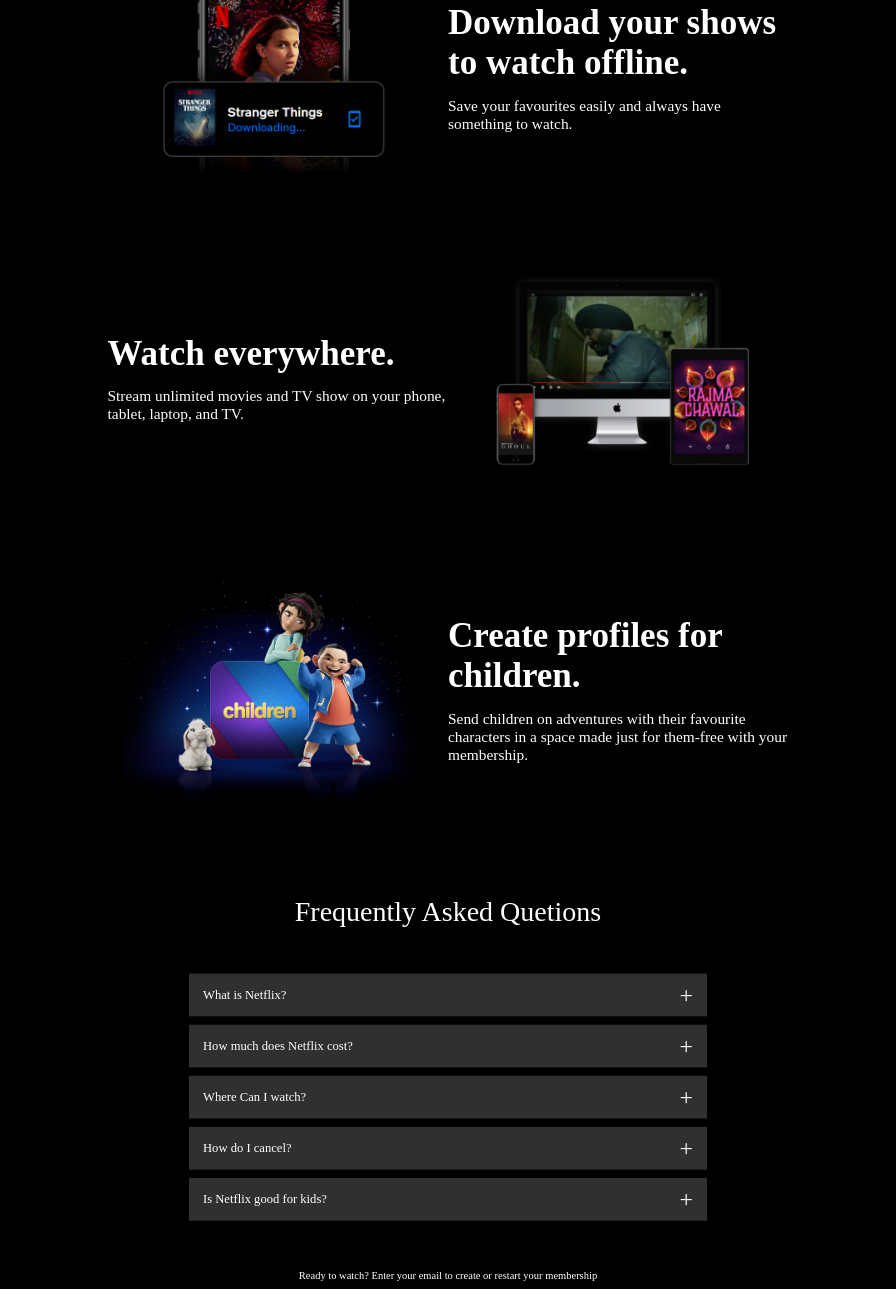
Repository: kiranjeetkaur01/netflixclone.github.io
Page: index.html
The author's editor kept a copy of each file at every save. The page is drawn from the files as they stood at one save, then again after the next save.
The browser window is 1280 px wide. The pictures show the part of the page from y = 1337 to 3257 px (the page is 3179 px tall before and 3257 px after), at 70% of full size.

Above is the page before, as saved 2023-09-11 18:35:11.

### index.html
<!DOCTYPE html>
<html lang="en">
<head>
    <meta charset="UTF-8">
    <meta name="viewport" content="width=device-width, initial-scale=1.0">
    <title>Netflix Clone</title>
    <link rel="stylesheet" href="style.css">
</head>
<body>
   <div class="header">
<nav>
    <img src="./logo.png" alt="" class="logo">
    <div>
        <button class="language-btn">English <img src="./down-icon.png" alt=""></button>
        <button>Sign In</button>
    </div>
</nav>
<div class="header-content">
    <h1>Laughter. &nbsp;Tears.&nbsp; Thrills.&nbsp; Find it all on <br>Netflix.</h1>
    <h3>Watch anywhere. Cancel anytime.</h3>
    <p>Ready to watch? Enter your email to create or restart your membership.</p>
    <form class="email-signup">
        <input type="email" placeholder="Email address" required>
        <button type="submit">Get Started</button>
    </form>

</div>
   </div>
   <div class="features">
    <div class="row">
        <div class="text-col">
            <h2>Enjoy on your TV</h2>
            <P>Watch on smart TVs,PlayStation,Xbox,Chromecast,Apple TV,blu-ray players and more.</P>
        </div>
        <div class="img-col">
            <img src="./feature-1.png" alt="">
        </div>
    </div>
    <div class="row">
        <div class="img-col">
            <img src="./feature-2.png" alt="">
        </div>
        <div class="text-col">
            <h2>Download your shows to watch offline.</h2>
            <P>Save your favourites easily and always have something to watch.</P>
        </div>

    </div>
    <div class="row">
        <div class="text-col">
            <h2>Watch everywhere.</h2>
            <P>Stream unlimited movies and TV show on your phone, tablet, laptop, and TV.</P>
        </div>
        <div class="img-col">
            <img src="./feature-3.png" alt="">
        </div>
    </div>
    <div class="row">
        <div class="img-col">
            <img src="./feature-4.png" alt="">
        </div>
        <div class="text-col">
            <h2>Create profiles for children.</h2>
            <P>Send children on adventures with their favourite characters in a space made just for them-free with your membership.</P>
        </div>

    </div>
   </div>
   <div class="faq">
    <h2>Frequently Asked Quetions</h2>
    <ul class="accordion">
<li>
    <input type="radio" name="accordion" id="first">
    <label for="first">What is Netflix?</label>
    <div class="content">
        <p>Lorem ipsum dolor sit amet consectetur adipisicing elit. Asperiores a fuga, fugiat doloribus maiores earum porro rerum consequuntur eos dolores sint praesentium, facilis laudantium quos? Sit magni accusantium delectus minus in odit perferendis provident porro?</p>
    </div>
</li>
<li>
    <input type="radio" name="accordion" id="second">
    <label for="second">How much does Netflix cost?</label>
    <div class="content">
        <p>Lorem ipsum dolor sit amet consectetur adipisicing elit. Asperiores a fuga, fugiat doloribus maiores earum porro rerum consequuntur eos dolores sint praesentium, facilis laudantium quos? Sit magni accusantium delectus minus in odit perferendis provident porro?</p>
    </div>
</li>
<li>
    <input type="radio" name="accordion" id="third">
    <label for="third">Where Can I watch?</label>
    <div class="content">
        <p>Lorem ipsum dolor sit amet consectetur adipisicing elit. Asperiores a fuga, fugiat doloribus maiores earum porro rerum consequuntur eos dolores sint praesentium, facilis laudantium quos? Sit magni accusantium delectus minus in odit perferendis provident porro?</p>
    </div>
</li>
<li>
    <input type="radio" name="accordion" id="fourth">
    <label for="fourth">How do I cancel?</label>
    <div class="content">
        <p>Lorem ipsum dolor sit amet consectetur adipisicing elit. Asperiores a fuga, fugiat doloribus maiores earum porro rerum consequuntur eos dolores sint praesentium, facilis laudantium quos? Sit magni accusantium delectus minus in odit perferendis provident porro?</p>
    </div>
</li>
<li>
    <input type="radio" name="accordion" id="sixth">
    <label for="sixth">Is Netflix good for kids?</label>
    <div class="content">
        <p>Lorem ipsum dolor sit amet consectetur adipisicing elit. Asperiores a fuga, fugiat doloribus maiores earum porro rerum consequuntur eos dolores sint praesentium, facilis laudantium quos? Sit magni accusantium delectus minus in odit perferendis provident porro?</p>
    </div>
</li>
</ul>
<small>Ready to watch? Enter your email to create or restart your membership</small>

   </div>
</body>
</html>

### style.css
*{
    margin: 0;
    padding: 0;
    box-sizing: border-box;
    font-family: gilroy;
}
html,body{
    height: 100%;
    width: 100%;
}
body{
    background: #000;
    color: #fff;
}
.header{
    width: 100%;
    height: 100vh;
    background-image: linear-gradient(rgba(0,0,0,0.7),rgba(0,0,0,0.7)),url(./bg.jpg);
    background-size: cover;
    background-position: center;
    padding: 10px 8%;
    position: relative;
}
nav{
    display: flex;
    align-items: center;
    justify-content: space-between;
    padding: 10px 0;
}
.logo{
    width: 140px;
    cursor: pointer;
}
nav button{
    border: 0;
    outline: 0;
    background: #db0001;
    color: #fff;
    padding: 7px 20px;
    font-size: 12px;
    border-radius: 4px;
    margin-left: 10px;
    cursor: pointer;
}
.language-btn{
    display: inline-flex;
    align-items: center;
    background: transparent;
    border: 1px solid #fff;
    padding: 7px 10px;
}
.language-btn img{
    width: 10px;
    margin-left: 10px;
}

.header-content{
    position: absolute;
    top: 50%;
    left: 50%;
    transform: translate(-50%,-50%);
    text-align: center;
    margin-top: 60px;
}
.header-content h1{
    font-size: 35px;
    line-height: 40px;
    font-weight: 600;
    letter-spacing: 1px;
    max-width: 680px;
}
.header-content h3{
    font-weight: 400;
    margin-bottom: 20px;
}
.email-signup{
    background: #fff;
    border-radius: 4px;
display: flex;
align-items: center;
margin-top: 30px;
overflow: hidden;
}
.email-signup input{
    flex: 1;
    border: 0;
    outline: 0;
    margin-left: 20px;
}
.email-signup button{
    background: #db0001;
    border: 0;
    outline: 0;
    color: #fff;
    font-size: 16px;
    cursor: pointer;
    padding: 15px 30px;
}
/* --------features---------- */
.features{
    padding: 50px 12%;
    font-size: 22px;
}
.row{
    display: flex;
    width: 100%;
    align-items: center;
    flex-wrap: wrap;
    padding: 50px 0;
}
.text-col{
    flex-basis: 50%;
    margin-bottom: 20px;
}
.img-col{
    flex-basis: 50%;
    margin-bottom: 20px;
}
.img-col img{
    display: block;
    width: 90%;
    margin: auto;

}
.features h2{
    font-size: 50px;
    font-weight: 600;
    margin-bottom: 20px;
}
/* ----------------FAQ------------- */
.faq{
    padding: 10px 12%;
    text-align: center;
    font-size: 18px;
}
.faq h2{
    font-weight: 500;
    font-size: 40px;
}
.accordion{
    margin: 60px auto;
    width: 100%;
    max-width: 750px;
}
.accordion li{
    list-style: none;
    width: 100%;
    padding: 5px;
}
.accordion li label{
    display: flex;
    align-items: center;
    padding: 20px;
    font-size: 18px;
    font-weight: 500;
    background: #303030;
    margin-bottom: 2px;
    cursor: pointer;
    position: relative;
}
label::after{
    content:'+';
    font-size: 34px;
    position: absolute;
    right: 20px;
    transition: transform 0.5s;
}
input[type="radio"]{
    display: none;
}
.accordion .content{
    background: #303030;
    text-align: left;
    padding: 0 20px;
    max-height: 0;
    overflow: hidden;
    transition: max-height 0.5s,padding 0.5s;

}
.accordion input[type="radio"]:checked + label + .content{
    max-height: 600px;
    padding: 30px 20px;
}
.accordion input[type="radio"]:checked + label::after{
    transform: rotate(135deg);
}

After the next save:
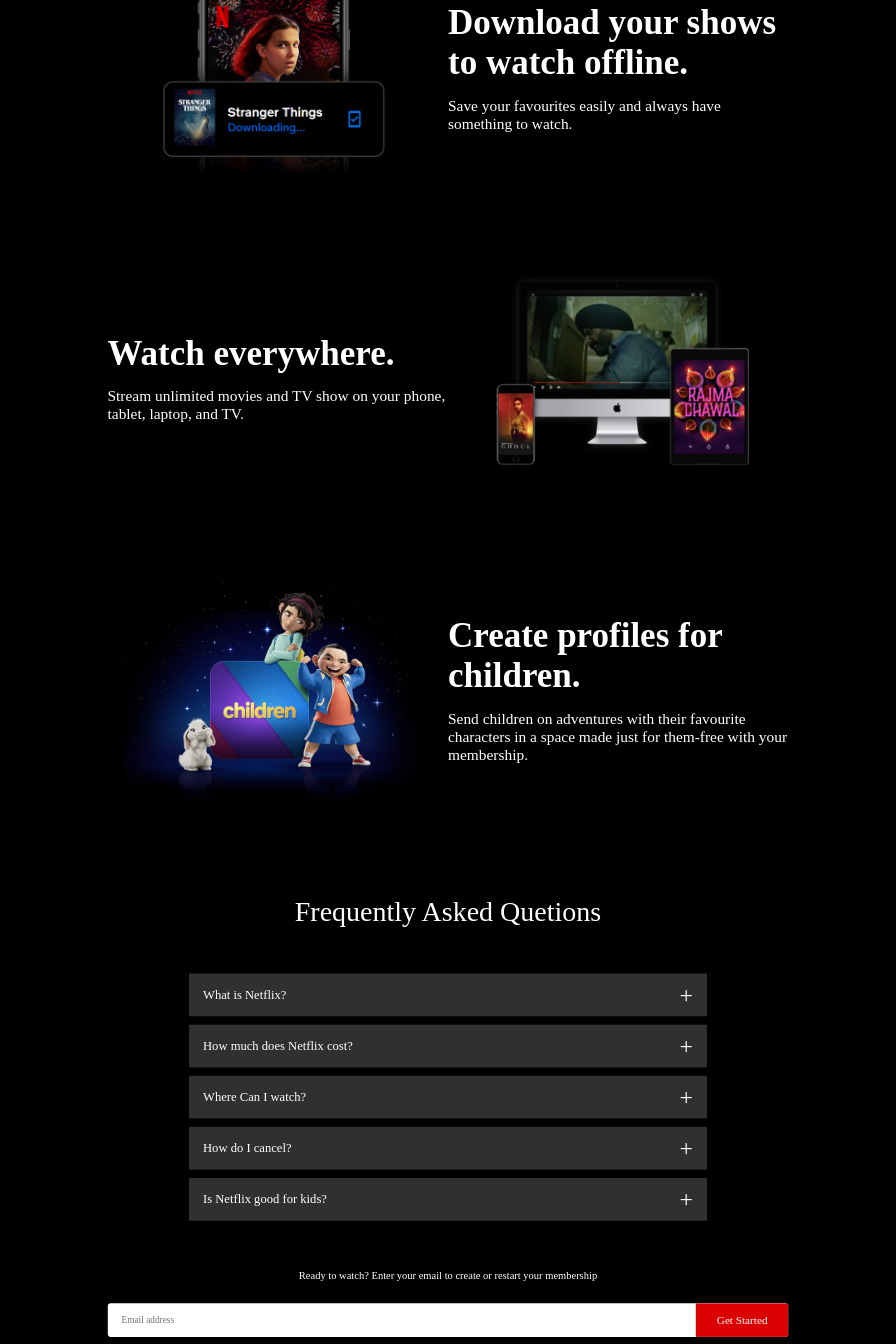
Saved 7 s later.
--- a/index.html
+++ b/index.html
@@ -106,7 +106,10 @@
 </li>
 </ul>
 <small>Ready to watch? Enter your email to create or restart your membership</small>
-
+<form class="email-signup">
+    <input type="email" placeholder="Email address" required>
+    <button type="submit">Get Started</button>
+</form>
    </div>
 </body>
 </html>
